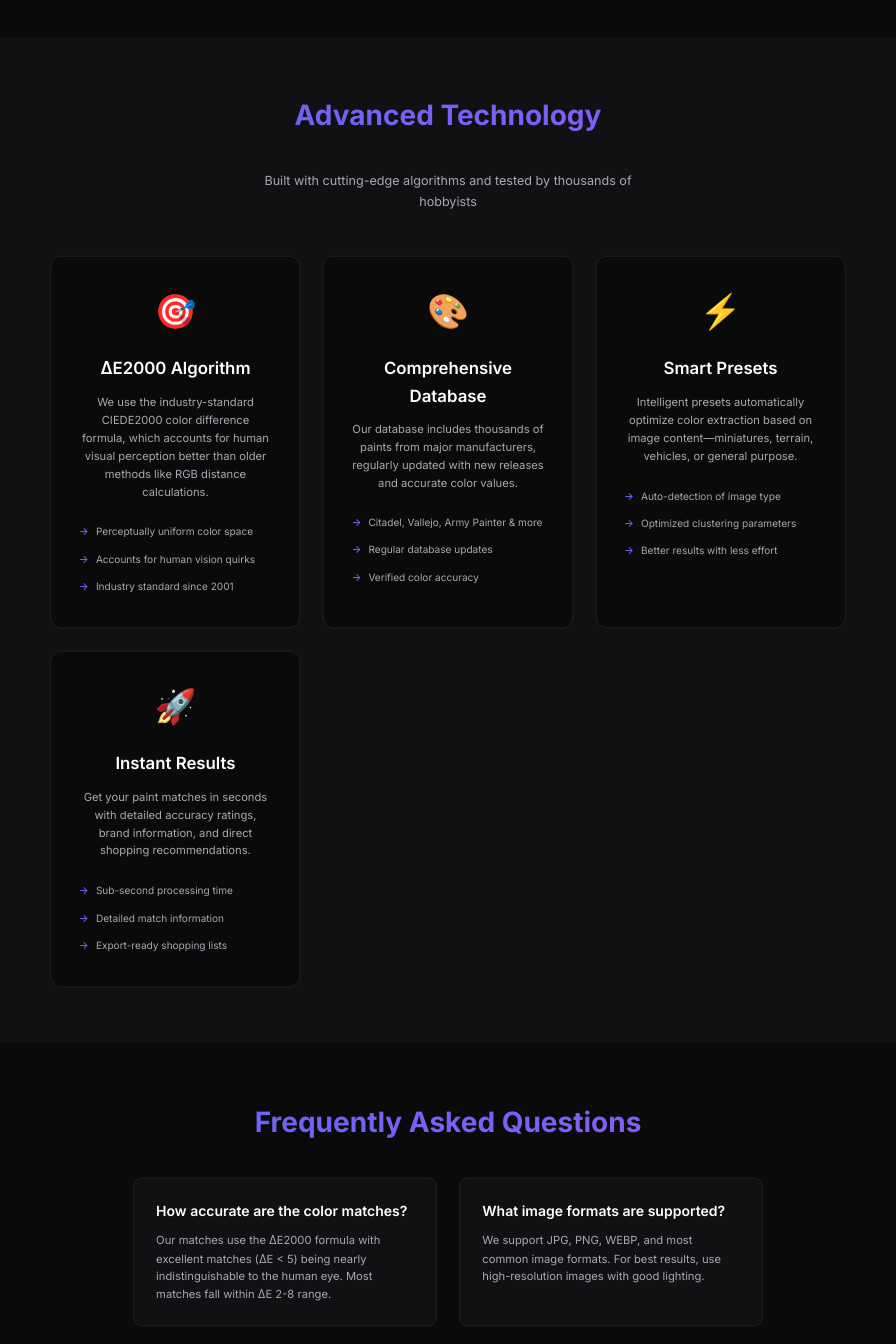
Repository: Aldentec/paint-finder-website
Page: /how-it-works
The author's editor kept a copy of each file at every save. The page is drawn from the files as they stood at one save, then again after the next save.
The browser window is 1280 px wide. The pictures show the part of the page from y = 3202 to 5122 px (the page is 6330 px tall before and 6301 px after), at 70% of full size.
The page's requests for data from a server got no answer. The project was rebuilt for these pictures with package versions that can differ from the ones it lists, and the page was loaded fresh each time. No one was signed in, and anything a server would have sent is missing. Also part of the build but not shown: src/components/Hero/Hero.js, src/components/ImageUploader/ImageUploader.css, src/components/ImageUploader/ImageUploader.js, src/components/PaletteDisplay/PaletteDisplay.css, src/components/PaletteDisplay/PaletteDisplay.js, src/components/MatchResults/MatchResults.css, src/components/MatchResults/MatchResults.js, src/components/ShoppingList/ShoppingList.css and 6 more.

Above is the page before, as saved 2025-09-01 15:03:52.

After the next save:
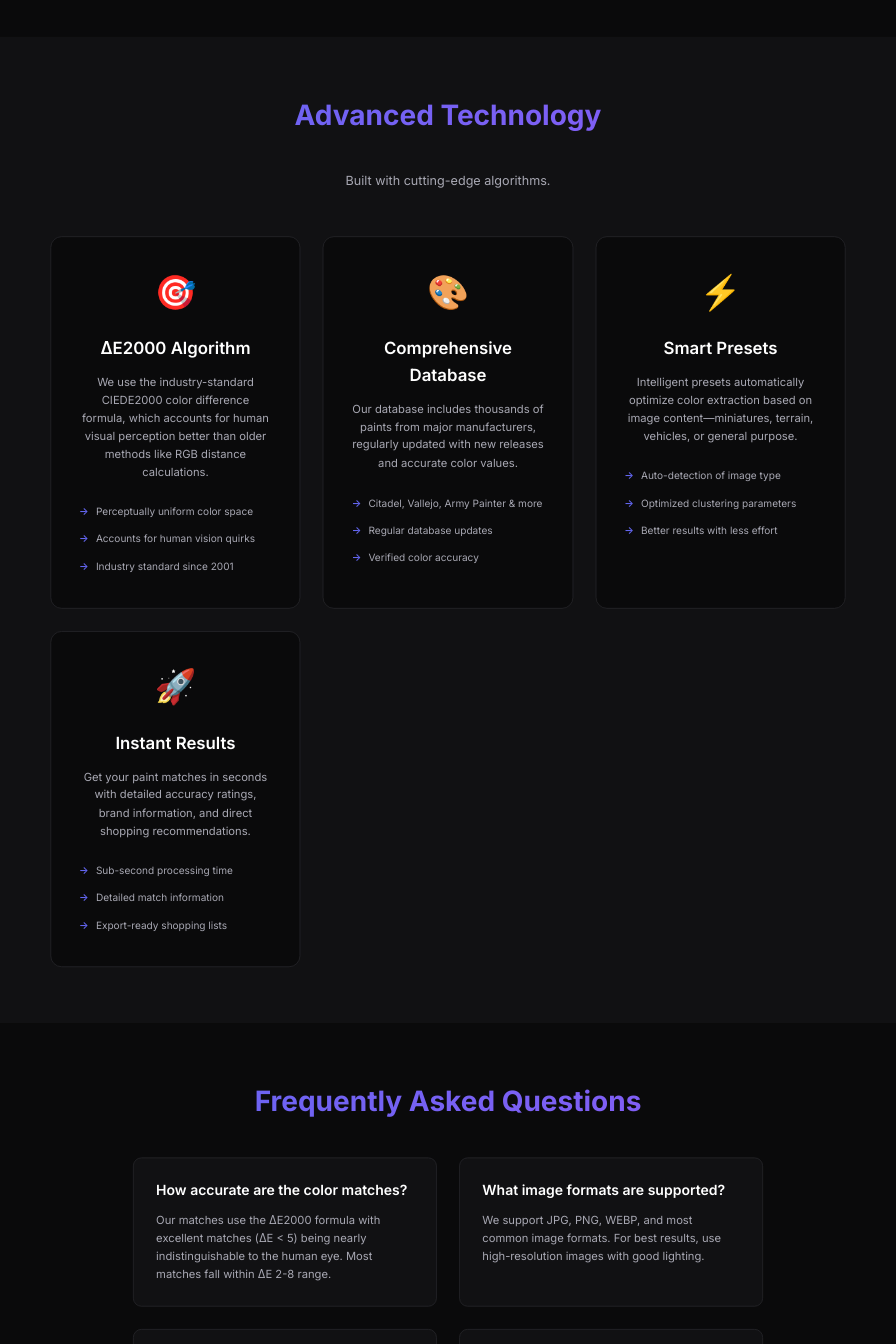
Saved 46 s later.
--- a/src/components/HowItWorks/HowItWorks.js
+++ b/src/components/HowItWorks/HowItWorks.js
@@ -192,7 +192,7 @@
             <div className="features-header">
               <h2 className="section-title">Advanced Technology</h2>
               <p className="section-subtitle">
-                Built with cutting-edge algorithms and tested by thousands of hobbyists
+                Built with cutting-edge algorithms.
               </p>
             </div>
             <div className="features-grid">
